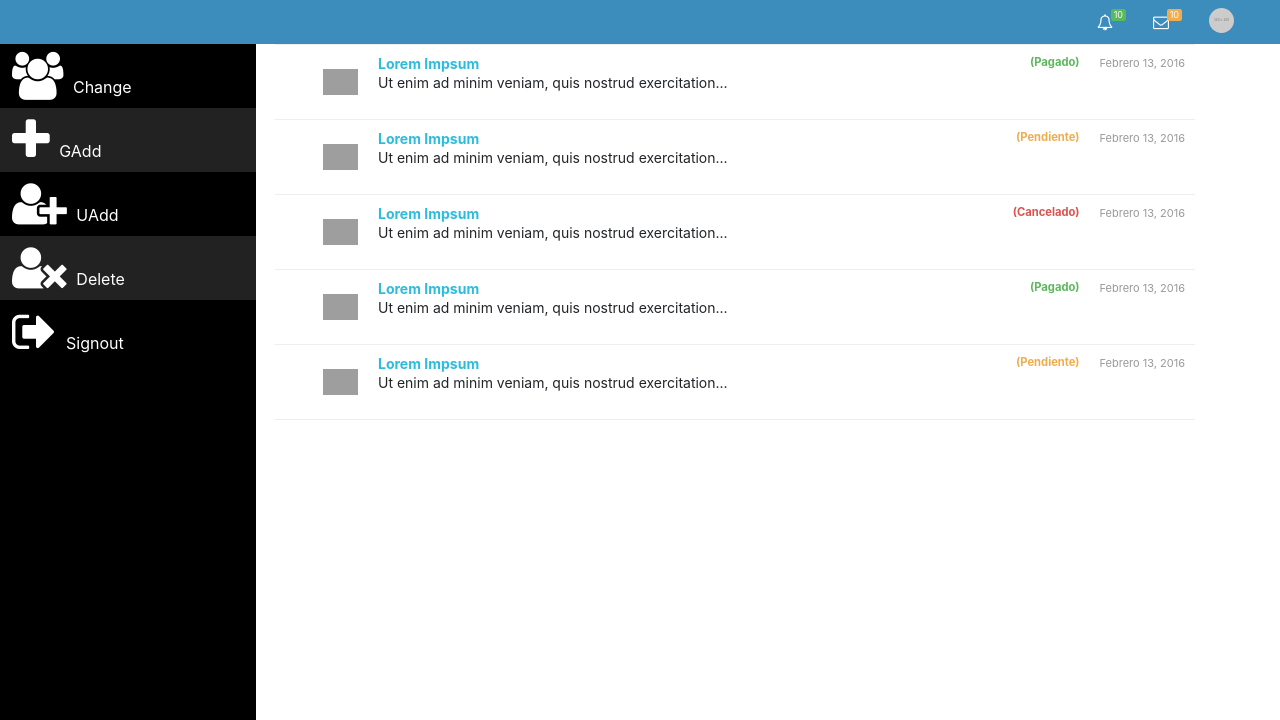
Repository: lukawitch/graduatedchat
Page: http://localhost/Graduated/WEB-INF/views/success.jsp
An editor plug-in stored every save of this project. The page is shown before and after the next save, followed by the edit.
The browser window is 1280 px wide. The pictures show the whole page.
Pictures or frames that could not be fetched are drawn as grey boxes. The page is served by Tomcat 9. Nobody is signed in. The template is opened directly, without the code that normally fills it, so the values that code supplies are empty.

Above is the page before, as saved 2019-05-17 06:46:50.

After the next save:
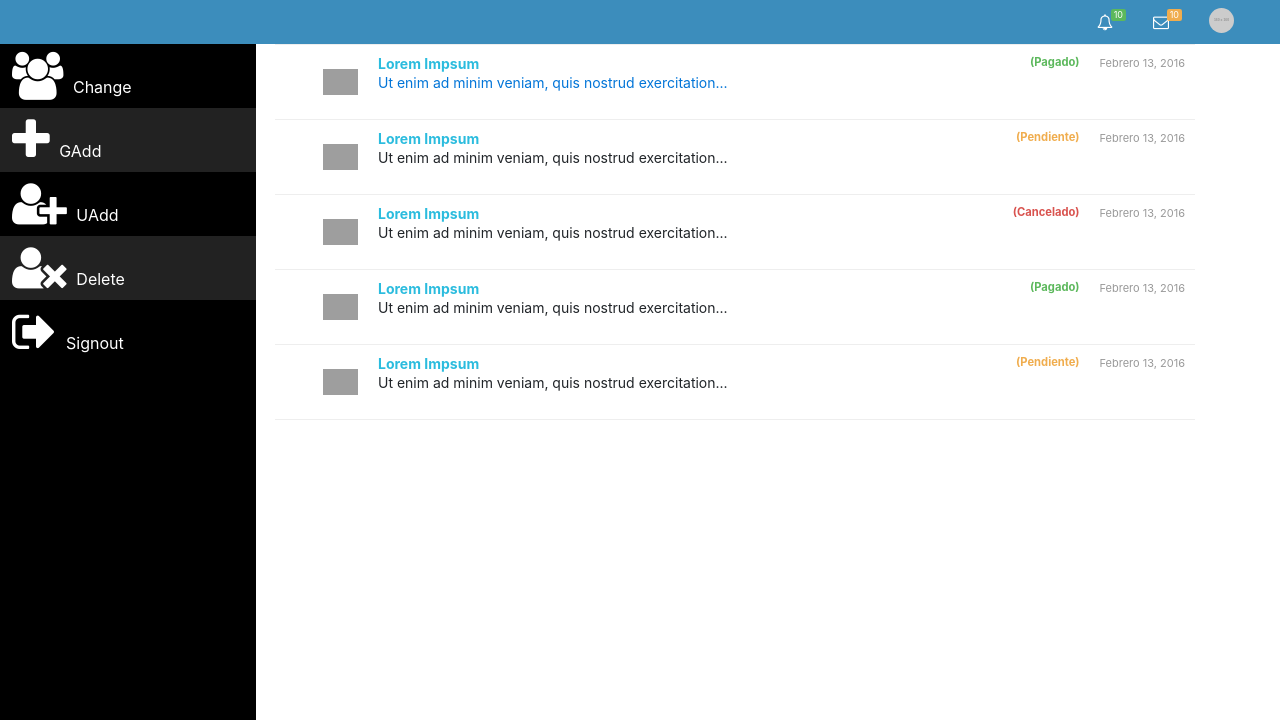
Saved 3 days later.
--- a/Graduated/src/main/webapp/WEB-INF/views/success.jsp
+++ b/Graduated/src/main/webapp/WEB-INF/views/success.jsp
@@ -61,6 +61,8 @@ function prodel(aa){
 												</a>
 										</td>
 										<td>
+
+											<a href="./test2.html">
 											<div class="media">
 
 												<div class="media-body">
@@ -73,6 +75,7 @@ function prodel(aa){
 												</div>
 											</div>
 										</td>
+										</a>
 									</tr>
 									<tr data-status="pendiente">
 										<td>
